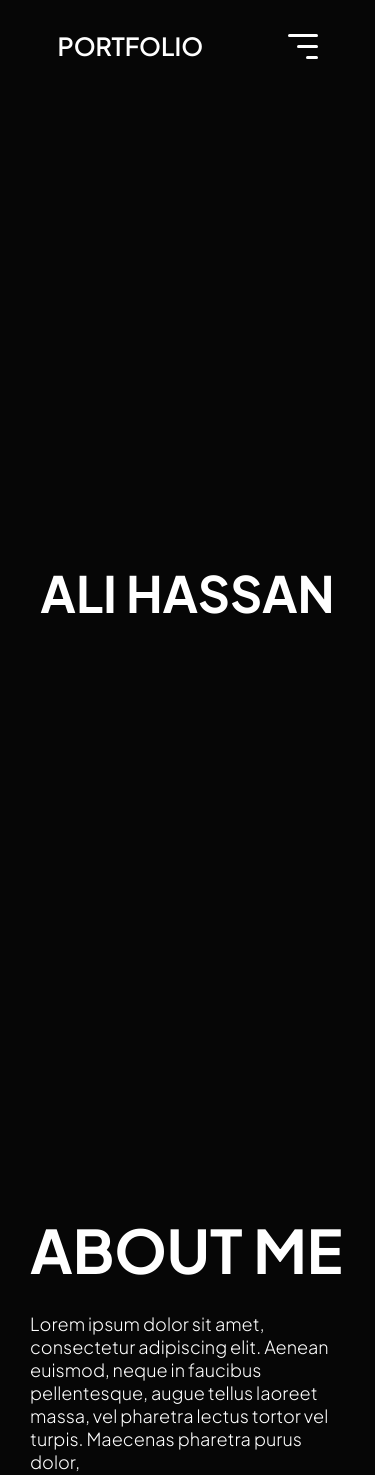
Repository: AliHassan02-Dev/PORTFOLIO
Page: / (app in Front-end/)
An editor plug-in stored every save of this project. The page is shown before and after the next save, followed by the edit.
The browser window is 375 px wide. The pictures show the part of the page from y = 0 to 1475 px (the page is 4709 px tall before and 4686 px after).
Pictures or frames that could not be fetched are drawn as grey boxes. The project was rebuilt for these pictures with package versions that can differ from the ones it lists, and the page was loaded fresh each time. Also part of the build but not shown: Front-end/vite.config.js, Front-end/src/Pages/Projects.jsx, Front-end/src/Pages/AllProjects.jsx, Front-end/src/Components/ProjectPreview.jsx.

Above is the page before, as saved 2024-08-24 07:31:09.

### Front-end/src/main.jsx
import React from 'react'
import ReactDOM from 'react-dom/client'
import App from './App.jsx'
import './App.css'
import { BrowserRouter, Route, Routes } from 'react-router-dom'
import AllProjects from './Pages/AllProjects.jsx'
import ProjectPreview from './Components/ProjectPreview.jsx'

ReactDOM.createRoot(document.getElementById('root')).render(
  <>
    <BrowserRouter>
      <Routes>
        <Route path='/' element={<App />} />
        <Route path='/Projects' element={<AllProjects />} />
        <Route path='/projects/projectPreview' element={<ProjectPreview />} />
      </Routes>
    </BrowserRouter>
  </>
)

### Front-end/src/App.jsx
import React, { useRef, useState } from "react";

import gsap from "gsap";
import { ScrollTrigger } from "gsap/ScrollTrigger";
import Home from "./Pages/Home";
import About from "./Pages/About";
import Skills from "./Pages/Skills";
import Projects from "./Pages/Projects";
import Footer from "./Components/Footer";
import Navbar from "./Components/Navbar";
import { Link } from "react-router-dom";
import ProjectsBox from "./Components/ProjectsBox";
gsap.registerPlugin(ScrollTrigger);

const App = () => {
  const [clickedOnOpen, setClickedOnOpen] = useState(false);
  console.log(clickedOnOpen);

  const tlMenu = gsap.timeline();
  if (clickedOnOpen === true) {
    tlMenu.to(".menu", {
      transform: "translateY(0%)",
      opacity: 1,
      duration: 1,
      ease: "bounce.out",
    });
  }
  if (clickedOnOpen === false) {
    tlMenu.to(".menu", {
      transform: "translateY(-100%)",
      opacity: 0,
      duration: 1,
      ease: "bounce.out",
    });
  }

  return (
    <div className="mainWrapper">
      <div className="menu">
        <div className="links">
          <a href="">Home</a>
          <a href="">About</a>
          <a href="">Skills</a>
          <a href="">Projects</a>
          <a href="" id="cv">
            Download CV
          </a>
        </div>
      </div>

      <Navbar
        clickedOnOpen={clickedOnOpen}
        setClickedOnOpen={setClickedOnOpen}
      />

      {/* HOME SECTION */}
      <Home />

      {/* ABOUT SECTION */}
      <About />

      {/* SKILLS SECTION */}
      <Skills />

      {/* PROJECTS SECTION */}
      <div className="projectsContainer">
        <div className="topBar">
          <div className="left">
            <h2>Recent Projects</h2>
          </div>
          <div className="right">
            <button>
              <Link to={"/projects"}>View All Projects</Link>
            </button>
          </div>
        </div>

        {<ProjectsBox />}
      </div>

      {/* FOOTER SECTION */}
      <Footer />
    </div>
  );
};

export default App;

### Front-end/src/App.css
@import url("https://fonts.googleapis.com/css2?family=Plus+Jakarta+Sans:ital,wght@0,200..800;1,200..800&display=swap");
* {
  margin: 0;
  padding: 0;
  box-sizing: border-box;
}

body {
  width: 100%;
  height: 100%;
  background-color: #060606;
  color: white;
  font-family: "Plus Jakarta Sans", sans-serif;
}

.mainWrapper {
  width: 100%;
  height: 100%;
  position: relative;
  overflow: hidden;
}

/* HOME CONTAINER CSS */
.homeContainer {
  width: 100vw;
  height: 1000px;
  display: flex;
  flex-direction: column;
}

/* NAVBAR CSS */
/* MENU CSS */
.menu {
  width: 100%;
  height: 1000px;
  position: fixed;
  background-color: #060606;
  transform: translateY(-100%);
  z-index: 20;
  display: flex;
  justify-content: center;
  align-items: center;
  opacity: 0;
}

.menu .links {
  width: 100%;
  display: flex;
  justify-content: center;
  align-items: center;
  flex-direction: column;
  height: 100%;
  gap: 40px;
}

.menu .links a {
  color: white;
  font-size: 40px;
  font-weight: 400;
  text-decoration: none;
  position: relative;
  padding-bottom: 10px;
}
.menu .links a::before {
  content: "";
  position: absolute;
  width: 0%;
  height: 2px;
  background-color: white;
  bottom: 0;
  left: 50%;
  transform: translateX(-50%);
  transition: all 0.3s ease-out;
}
.menu .links a:hover::before {
  width: 100%;
}

.navBar {
  margin: 30px auto;
  width: 80%;
  display: flex;
  justify-content: space-between;
  align-items: center;
  padding: 0px 20px;
  position: relative;
  /* left: 50%;
  transform: translateX(-50%); */
  z-index: 25;
}

.navBar a {
  text-decoration: none;
  font-size: 25px;
  font-weight: 600;
  color: white;
}

.navBar .menuBtn,
.navBar .menuBtn-active {
  width: 30px;
  height: 30px;
  display: flex;
  justify-content: center;
  align-items: flex-end;
  flex-direction: column;
  overflow: hidden;
  cursor: pointer;
  transition: all 0.3s ease-in-out;
  opacity: 1 !important;
}
.navBar .menuBtn span,
.navBar .menuBtn-active span {
  width: 100%;
  height: 3px;
  background-color: white;
  border-radius: 20px;
  cursor: pointer;
  transition: all 0.3s ease-in-out;
  opacity: 1 !important;
}
.navBar .menuBtn #line1 {
  transform: translateY(-8px);
}
.navBar .menuBtn #line2 {
  width: 70%;
}
.navBar .menuBtn #line3 {
  width: 40%;
  transform: translateY(8px);
}
/* ACTIVE CLASSES */
.navBar .menuBtn-active {
  width: 30px;
  height: 30px;
  transition: all 0.3s ease-in-out;
}

.navBar .menuBtn-active #line1 {
  transform: translateY(5px) rotate(45deg) !important;
}
.navBar .menuBtn-active #line2 {
  width: 70%;
  transform: translateX(150%) !important;
}
.navBar .menuBtn-active #line3 {
  width: 100%;
  transform: translateY(-1px) rotate(-45deg) !important;
}

/* HERO SECTION CSS */
.homeContainer .heroContainer {
  width: 100%;
  height: 100%;
  display: flex;
  flex-direction: column;
  justify-content: center;
  align-items: center;
  position: relative;
}

.homeContainer .heroContainer h2 {
  font-size: 180px;
  font-weight: bold;
  position: absolute;
  text-wrap: nowrap;
}
.homeContainer .heroContainer .nonStroke {
  z-index: 5;
}
.homeContainer .heroContainer .strokeText1,
.homeContainer .heroContainer .strokeText2 {
  -webkit-text-stroke: 2px #fff;
  -webkit-text-fill-color: #060606;
  opacity: 0;
}
.homeContainer .heroContainer .strokeText1 {
  transform: translateY(0%);
}
.homeContainer .heroContainer .strokeText2 {
  transform: translateY(0%);
}

/* HERO SECTION RESPONSIVE CSS */

@media (max-width: 1200px) {
  .homeContainer .heroContainer h2 {
    font-size: 110px;
  }
}

@media (max-width: 968px) {
  .homeContainer .heroContainer h2 {
    font-size: 80px;
  }
}

@media (max-width: 768px) {
  .homeContainer .heroContainer h2 {
    font-size: 70px;
  }
}

@media (max-width: 568px) {
  .homeContainer .heroContainer h2 {
    font-size: 50px;
  }
}

/* HERO SECTION END */

/* ABOUT SECTION CSS */
.mainWrapper .aboutContainer {
  width: 80%;
  height: 1000px;
  display: flex;
  justify-content: center;
  align-items: center;
  margin: auto;
  gap: 30px;
}

.mainWrapper .aboutContainer .left,
.mainWrapper .aboutContainer .right {
  flex: 1;
  display: flex;
  flex-direction: column;
  gap: 25px;
  overflow: hidden;
}

.mainWrapper .aboutContainer .left h2 {
  color: white;
  font-size: 80px;
  font-weight: bold;
}

.mainWrapper .aboutContainer .left p {
  color: white;
  font-size: 22px;
  font-weight: 300;
}

.mainWrapper .aboutContainer .left .imageBox {
  width: 100%;
  height: 350px;
  background-image: url(./assets/2.jpg);
  background-position: center;
  background-repeat: no-repeat;
  background-size: cover;
  transform-origin: top;
}

.mainWrapper .aboutContainer .right {
  align-items: flex-end;
}

.mainWrapper .aboutContainer .right .circleImg {
  width: 300px;
  height: 300px;
  border-radius: 100%;
  background-image: url(./assets/circleText.png);
  background-position: center;
  background-repeat: no-repeat;
  background-size: cover;
}

.mainWrapper .aboutContainer .right h2 {
  color: white;
  font-size: 80px;
  font-weight: bold;
}

.mainWrapper .aboutContainer .right p {
  color: white;
  font-size: 22px;
  font-weight: 300;
  text-align: right;
}

/* ABOUT SECTION RESPONSIVE */

@media (max-width: 1200px) {
  .mainWrapper .aboutContainer {
    width: 90%;
    height: auto;
    margin: 100px auto;
  }

  .mainWrapper .aboutContainer .left h2 {
    font-size: 60px;
  }

  .mainWrapper .aboutContainer .left p {
    font-size: 18px;
  }

  .mainWrapper .aboutContainer .left .imageBox {
    height: 300px;
  }

  .mainWrapper .aboutContainer .right .circleImg {
    width: 210px;
    height: 210px;
  }

  .mainWrapper .aboutContainer .right h2 {
    font-size: 60px;
  }

  .mainWrapper .aboutContainer .right p {
    font-size: 18px;
  }
}

@media (max-width: 768px) {
  .mainWrapper .aboutContainer {
    width: 100%;
    height: 100%;
    display: flex;
    flex-direction: column;
    justify-content: center;
    align-items: center;
    margin: 100px auto;
    padding: 20px 30px;
  }

  .mainWrapper .aboutContainer .left h2 {
    font-size: 60px;
  }

  .mainWrapper .aboutContainer .left p {
    font-size: 18px;
  }

  .mainWrapper .aboutContainer .left .imageBox {
    height: 300px;
  }

  .mainWrapper .aboutContainer .right .circleImg {
    width: 210px;
    height: 210px;
  }

  .mainWrapper .aboutContainer .right h2 {
    font-size: 60px;
  }

  .mainWrapper .aboutContainer .right p {
    font-size: 18px;
  }
}

@media (max-width: 568px) {
  .mainWrapper .aboutContainer {
    width: 100%;
    height: 100%;
    display: flex;
    flex-direction: column;
    justify-content: center;
    align-items: center;
    margin: 100px auto;
    padding: 20px 30px;
  }

  .mainWrapper .aboutContainer .left h2 {
    font-size: 60px;
  }

  .mainWrapper .aboutContainer .left p {
    font-size: 18px;
  }

  .mainWrapper .aboutContainer .left .imageBox {
    height: 300px;
  }

  .mainWrapper .aboutContainer .right .circleImg {
    width: 210px;
    height: 210px;
  }

  .mainWrapper .aboutContainer .right h2 {
    font-size: 60px;
  }

  .mainWrapper .aboutContainer .right p {
    font-size: 18px;
  }
}

/* ABOUT SECTION CSS END */

/* SKILLS SECTION CSS */
.mainWrapper .skillsContainer {
  width: 80%;
  height: 1000px;
  display: flex;
  justify-content: center;
  flex-direction: column;
  margin: auto;
  gap: 30px;
  overflow: hidden;
}

.mainWrapper .skillsContainer .top {
  width: 100%;
  display: flex;
  justify-content: space-between;
  align-items: center;
}

.mainWrapper .skillsContainer .top .left,
.mainWrapper .skillsContainer .top .right {
  flex: 1;
}

.mainWrapper .skillsContainer .top .left h2 {
  font-size: 80px;
  font-weight: bold;
  color: white;
}
.mainWrapper .skillsContainer .top .right p {
  font-size: 22px;
}

.mainWrapper .skillsContainer .bottom {
  width: 100%;
  display: flex;
  justify-content: space-between;
  align-items: flex-start;
  margin: 20px 0px;
}

.mainWrapper .skillsContainer .bottom {
  width: 100%;
  height: 100%;
  display: grid;
  grid-template-columns: 1fr 1fr;
  grid-template-rows: auto auto auto auto;
  gap: 0px 60px;
}
.mainWrapper .skillsContainer .bottom .skillBar {
  width: 100%;
  display: flex;
  justify-content: space-between;
  align-items: center;
  padding-bottom: 10px;
  position: relative;
  cursor: pointer;
}
.mainWrapper .skillsContainer .bottom .skillBar .left {
  display: flex;
  align-items: center;
  gap: 20px;
}

.mainWrapper .skillsContainer .bottom .skillBar .left p {
  color: white;
  font-size: 30px;
  font-weight: 200;
}
.mainWrapper .skillsContainer .bottom .skillBar .left h2 {
  color: white;
  font-size: 30px;
  font-weight: 400;
}

.mainWrapper .skillsContainer .bottom .skillBar .right .skillLogo {
  font-size: 50px;
  color: white;
  margin-right: 10px;
}

/* PROJECTS SECTION CSS */
.mainWrapper .projectContainer {
  width: 80%;
  height: 1000px;
  display: flex;
  justify-content: center;
  flex-direction: column;
  margin: auto;
  gap: 30px;
}

.mainWrapper .projectContainer .top {
  width: 100%;
  display: flex;
  justify-content: space-between;
  align-items: center;
}

.mainWrapper .projectContainer .top .left,
.mainWrapper .projectContainer .top .right {
  flex: 1;
}

.mainWrapper .projectContainer .top .left h2 {
  font-size: 80px;
  font-weight: bold;
  color: white;
}
.mainWrapper .projectContainer .top .right p {
  font-size: 22px;
}

.mainWrapper .projectContainer .bottom {
  width: 100%;
  display: flex;
  margin-top: 50px;
}

.mainWrapper .projectContainer .bottom {
  display: flex;
  flex-direction: column;
  overflow: hidden;
  gap: 100px;
}

.mainWrapper .projectContainer .bottom .projectBar {
  display: flex;
  justify-content: space-between;
  align-items: center;
  padding-bottom: 5px;
  position: relative;
  cursor: pointer;
  cursor: pointer;
}
.line {
  width: 100%;
  height: 2px;
  background-color: white;
  position: absolute;
  bottom: 0;
  left: 0;
}
.projectLine {
  width: 100%;
  height: 2px;
  background-color: white;
  position: absolute;
  bottom: 0;
  left: 0;
}
.mainWrapper .projectContainer .bottom .projectBar .left {
  display: flex;
  align-items: center;
  gap: 20px;
}

.mainWrapper .projectContainer .bottom .projectBar .left p {
  color: white;
  font-size: 30px;
  font-weight: 200;
}
.mainWrapper .projectContainer .bottom .projectBar .left h2 {
  color: white;
  font-size: 30px;
  font-weight: 400;
}

.mainWrapper .projectContainer .bottom .projectBar .right .arrow {
  font-size: 30px;
  color: white;
  margin-right: 10px;
  transform: rotate(-40deg);
}

/* HORIZONTAL SCROLING CSS */

.aboutSection,
.skillsSection,
.projectSection {
  width: 100vw;
  height: 1000px;
}

.aboutSection {
  background-color: burlywood;
}

.skillsSection {
  background-color: peru;
}

.projectSection {
  background-color: palegoldenrod;
}

.horizontalScrolling {
  display: flex;
  flex-wrap: nowrap;
}

/* .containers {
  position: absolute;
  top: 0 !important;
  left: 50% !important;
  transform: translateX(100%) !important;
} */

/* RIBBONS SECTION CSS */
.mainWrapper .ribbonContainer {
  width: 100%;
  display: flex;
  align-items: center;
  margin: 50px 0px;
}

.mainWrapper .ribbonContainer p {
  color: white;
  font-size: 80px;
  font-weight: bold;
  text-wrap: nowrap;
}
.mainWrapper .ribbonContainer span {
  -webkit-text-stroke: 1px #fff;
  -webkit-text-fill-color: #060606;
}

/* FOOTER SECTION CSS */
.footer {
  width: 100%;
  display: flex;
  justify-content: space-between;
  align-items: center;
  width: 80%;
  margin: 40px auto;
}

.footer .left {
  display: flex;
  flex-direction: column;
  gap: 20px;
}

.footer .left .socialLinks {
  display: flex;
  align-items: center;
  gap: 20px;
}
.footer .left .socialLinks a {
  font-size: 20px;
  font-weight: 400;
  color: white;
  text-decoration: none;
}
.footer .left p {
  color: white;
  font-size: 18px;
  font-weight: 200;
}

.footer .right h2 {
  font-size: 40px;
  font-weight: 600;
  color: white;
  cursor: pointer;
}

/* ALL PROJECTS PAGE CSS */
.projectsContainer {
  width: 80%;
  height: 100%;
  margin: auto;
  padding: 40px 10px;
}

.projectsContainer .topBar {
  width: 100%;
  display: flex;
  justify-content: space-between;
  align-items: center;
}

.projectsContainer .topBar .left h2 {
  font-size: 60px;
  font-weight: bold;
  color: white;
}

.projectsContainer .topBar .right button {
  background: none;
  border: none;
  outline: none;
  position: relative;
  overflow: hidden;
}

.projectsContainer .topBar .right button a {
  color: white;
  font-size: 22px;
  font-weight: 400;
  text-decoration: none;
  position: relative;
  display: block;
  padding-bottom: 5px;
  transition: 0.3s transform linear;
}
.projectsContainer .topBar .right button a::before {
  content: "";
  position: absolute;
  width: 100%;
  height: 2px;
  background-color: white;
  bottom: 0%;
  transform: translateX(200%);
  display: block;
  transition: 0.3s transform linear;
}
.projectsContainer .topBar .right button:hover a::before {
  transform: translateX(0%);
  transition: 0.3s transform linear;
}

.projectsContainer .hdg {
  font-size: 60px;
  font-weight: bold;
  color: white;
}

.projectsContainer .projectsWrapper {
  width: 100%;
  height: 100%;
  display: grid;
  grid-template-columns: 1fr 1fr 1fr;
  gap: 25px;
  margin: 50px 0px;
}

.projectsContainer .projectsWrapper .projectBox {
  width: 100%;
  max-width: 520px;
  height: 520px;
  margin-bottom: 20px;
}

.projectsContainer .projectsWrapper .projectBox .thumbnail {
  width: 100%;
  height: 100%;
  position: relative;
  overflow: hidden;
}

.projectsContainer .projectsWrapper .projectBox .thumbnail img {
  width: 100%;
  height: 100%;
  object-fit: cover;
  border-radius: 10px;
}

.projectsContainer .projectsWrapper .projectBox .thumbnail .overlay {
  width: 100%;
  height: 100%;
  display: flex;
  justify-content: center;
  align-items: center;
  gap: 40px;
  background-color: rgba(0, 0, 0, 0.6);
  position: absolute;
  top: -100%;
  transition: all 0.3s ease-in-out;
  border-radius: 10px;
}
.projectsContainer .projectsWrapper .projectBox .thumbnail:hover .overlay {
  top: 0;
}

.projectsContainer .projectsWrapper .projectBox .thumbnail .overlay .iconBox {
  display: flex;
  justify-content: center;
  align-items: center;
  padding: 15px;
  border-radius: 100%;
  cursor: pointer;
  transition: all 0.3s ease-in-out;
}
.projectsContainer
  .projectsWrapper
  .projectBox
  .thumbnail
  .overlay
  .iconBox:hover {
  background-color: rgba(255, 255, 255, 0.25);
  backdrop-filter: blur(20px);
}

.projectsContainer .projectsWrapper .projectBox .thumbnail .overlay .linkIcon {
  font-size: 25px;
  color: white;
}

/* PROJECT DETAILS CSS */
.projectDetails {
  width: 80%;
  height: 100%;
  display: flex;
  justify-content: space-between;
  margin: 40px auto;
  gap: 40px;
}

.projectDetails .left {
  flex: 2;
}

.projectDetails .left img {
  width: 100%;
}

.projectDetails .right {
  flex: 1;
  display: flex;
  flex-direction: column;
  gap: 40px;
  margin: 20px 0px;
}

.projectDetails .right .projectContent {
  width: 100%;
  padding: 20px;
  display: flex;
  flex-direction: column;
  gap: 20px;
  border-bottom: 1px solid rgba(255, 255, 255, 0.45);
}

.projectDetails .right .projectContent h2 {
  color: white;
  font-size: 25px;
  font-weight: 600;
}

.projectDetails .right .projectContent p {
  color: white;
  font-size: 20px;
  font-weight: 400;
}

.projectDetails .right .projectTechnology {
  border-bottom: 1px solid rgba(255, 255, 255, 0.45);
  width: 100%;
  padding: 20px;
  display: flex;
  justify-content: center;
  flex-direction: column;
  gap: 20px;
}

.projectDetails .right .projectTechnology h2 {
  color: white;
  font-size: 24px;
  font-weight: 600;
}

.projectDetails .right .projectTechnology .icons {
  display: flex;
  align-items: center;
  gap: 40px;
  flex-wrap: wrap;
}

.projectDetails .right .projectTechnology .techName {
  color: white;
  font-size: 60px;
  cursor: pointer;
  padding: 8px;
  transition: 0.3s ease-in-out;
}

.techName {
  color: white;
  font-size: 40px;
  cursor: pointer;
  padding: 8px;
  transition: 0.3s ease-in-out;
}

/* SKILL LOGOS COLOR */
.projectDetails .right .projectTechnology .techName:hover.html {
  background-color: #f16529;
  padding: 8px;
  border-radius: 5px;
}
.projectDetails .right .projectTechnology .techName:hover.css {
  background-color: #264de4;
  padding: 8px;
  border-radius: 5px;
}
.projectDetails .right .projectTechnology .techName:hover.js {
  color: #f7e018 !important;
  padding: 8px;
}
.projectDetails .right .projectTechnology .techName:hover.react {
  background-color: #61dbfb;
  padding: 8px;
  border-radius: 5px;
}
.projectDetails .right .projectTechnology .techName:hover.wordpress {
  background-color: #21759b;
  padding: 8px;
  border-radius: 5px;
}
.projectDetails .right .projectTechnology .techName:hover.node,
.projectDetails .right .projectTechnology .techName:hover.mongodb {
  background-color: #539e43;
  padding: 8px;
  border-radius: 5px;
}
.projectDetails .right .projectTechnology .techName:hover.vite {
  background: linear-gradient(
    90deg,
    rgba(88, 194, 254, 1) 0%,
    rgba(175, 83, 255, 1) 100%
  );
  padding: 8px;
  border-radius: 5px;
}

.techName:hover.figma {
  background: linear-gradient(
    180deg,
    rgba(242, 78, 30, 1) 0%,
    rgba(255, 114, 98, 1) 25%,
    rgba(162, 89, 255, 1) 50%,
    rgba(26, 188, 254, 1) 75%,
    rgba(10, 207, 131, 1) 100%
  );
  padding: 8px;
  border-radius: 5px;
}
.techName:hover.website {
  background: gray;
  padding: 8px;
  border-radius: 5px;
}

.projectDetails .right .links {
  border-bottom: 1px solid rgba(255, 255, 255, 0.45);
  width: 100%;
  padding: 20px;
  display: flex;
  flex-direction: column;
  justify-content: center;
  gap: 20px;
}

.projectDetails .right .links h2 {
  color: white;
  font-size: 24px;
  font-weight: 600;
}

.projectDetails .right .links .icons {
  display: flex;
  align-items: center;
  flex-direction: row;
  gap: 20px;
}

.projectDetails .right .links .linkIcon {
  color: white;
  font-size: 50px;
  padding: 10px;
  border-radius: 100%;
  cursor: pointer;
  transition: 0.3s ease-in-out;
}
.projectDetails .right .links .linkIcon:hover {
  background-color: rgba(255, 255, 255, 0.25);
  backdrop-filter: blur(20px);
}

### Front-end/src/Pages/Home.jsx
import React from 'react'
import { useGSAP } from '@gsap/react';
import gsap from 'gsap';
import { ScrollTrigger } from 'gsap/ScrollTrigger';
import Navbar from '../Components/Navbar';
gsap.registerPlugin(ScrollTrigger);

const Home = () => {

    // useGSAP(() => {
    //     // HOME SECTION ANIMATIONS

    //     let tlHome = gsap.timeline({
    //         scrollTrigger: {
    //             trigger: '.homeContainer',
    //             scoller: 'body',
    //             markers: true,
    //             start: 'top 0%',
    //             end: 'top -100%',
    //             scrub: 1,
    //             pin: true,
    //         }
    //     })

    //     tlHome.from('.homeContainer .heroContainer .nonStroke', {
    //         opacity: 0,
    //         duration: 1,
    //     })
    //     tlHome.to('.homeContainer .heroContainer .strokeText1', {
    //         transform: 'translateY(-80%)',
    //         opacity: 1,
    //         duration: 1,
    //     })
    //     tlHome.to('.homeContainer .heroContainer .strokeText2', {
    //         transform: 'translateY(80%)',
    //         opacity: 1,
    //         duration: 1,
    //     })
    // })

    return (
        <div className='homeContainer'>
            {/* <Navbar /> */}
            <div className="heroContainer">
                <h2 className='strokeText1'>WEB DEVELOPER</h2>
                <h2 className='nonStroke'>ALI HASSAN</h2>
                <h2 className='strokeText2'>WEB DESIGNER</h2>
            </div>
        </div>
    )
}

export default Home

### Front-end/src/Components/Footer.jsx
import React from "react";

const Footer = () => {
  return (
    <div className="footer">
      <div className="left">
        <p>All Rights Reserved By AHS 2024</p>
      </div>
      <div className="right">
        <h2>LET'S TALK</h2>
      </div>
    </div>
  );
};

export default Footer;

### Front-end/src/Components/Navbar.jsx
import React, { useEffect, useState } from 'react'
import { useGSAP } from '@gsap/react';
import gsap from 'gsap';
import { ScrollTrigger } from 'gsap/ScrollTrigger';
gsap.registerPlugin(ScrollTrigger)

const Navbar = ({ setClickedOnOpen, clickedOnOpen }) => {

    const handleClick = () => {
        setClickedOnOpen(!clickedOnOpen)
    }
    // useGSAP(() => {
    //     gsap.from('.navBar a', {
    //         transform: 'translateY(-10px)',
    //         opacity: 0,
    //         duration: 0.5,
    //         delay: 0.5
    //     })
    //     gsap.from('.navBar .menuBtn, .navBar .menuBtn-active', {
    //         transform: 'translateY(-10px)',
    //         opacity: 0,
    //         duration: 0.5,
    //         delay: 0.8
    //     })
    //     gsap.from('.navBar .menuBtn span, .navBar .menuBtn-active span', {
    //         transform: 'translateX(200px)',
    //         opacity: 0,
    //         duration: 0.5,
    //         delay: 1,
    //         stagger: 0.3
    //     })
    // })
    return (
        <div className='navBar'>
            {/* <div className="left"> */}
            <a href="">PORTFOLIO</a>
            {/* </div> */}
            {/* <div className="right"> */}
            <div className={`${clickedOnOpen ? 'menuBtn-active' : 'menuBtn'}`} onClick={handleClick}>
                <span id='line1'></span>
                <span id='line2'></span>
                <span id='line3'></span>
                {/* </div> */}
            </div>
        </div>
    )
}

export default Navbar

### Front-end/src/Components/ProjectsBox.jsx
import React from "react";
import { GoLink } from "react-icons/go";
import { FaArrowUpRightFromSquare } from "react-icons/fa6";
import { projectsData } from "../data";
import { Link, useNavigate } from "react-router-dom";

const ProjectsBox = () => {
  const navigate = useNavigate();

  return (
    <div className="projectsWrapper">
      {projectsData?.map((projects) => {
        return (
          <div className="projectBox">
            <div className="thumbnail">
              <img src={projects?.thumbnail} alt="" />
              <div className="overlay">
                <div className="iconBox">
                  <Link target={"_blank"} to={projects?.websiteLink}>
                    <GoLink className="linkIcon" />
                  </Link>
                </div>
                <div
                  className="iconBox"
                  onClick={() =>
                    navigate("/projects/projectPreview", { state: projects })
                  }
                >
                  <FaArrowUpRightFromSquare className="linkIcon" />
                </div>
              </div>
            </div>
          </div>
        );
      })}
    </div>
  );
};
export default ProjectsBox;

Loaded but not shown: Front-end/index.html (common file); Front-end/src/data.js (59 lines, source omitted); Front-end/src/Pages/Skills.jsx (169 lines, source omitted); Front-end/src/Pages/About.jsx (80 lines, source omitted)

After the next save:
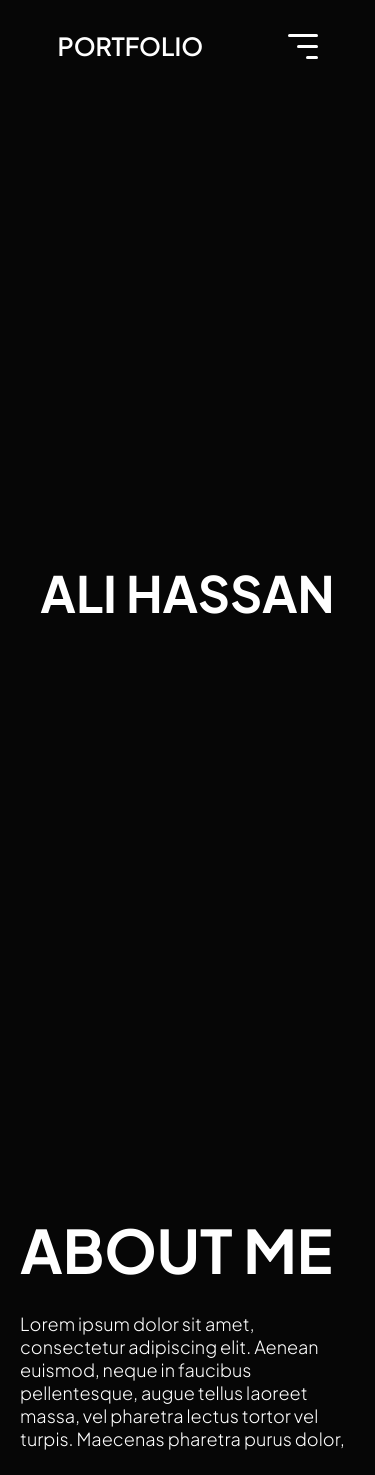
Saved 13 s later.
--- a/Front-end/src/App.css
+++ b/Front-end/src/App.css
@@ -360,7 +360,7 @@ body {
     justify-content: center;
     align-items: center;
     margin: 100px auto;
-    padding: 20px 30px;
+    padding: 20px;
   }
 
   .mainWrapper .aboutContainer .left h2 {
